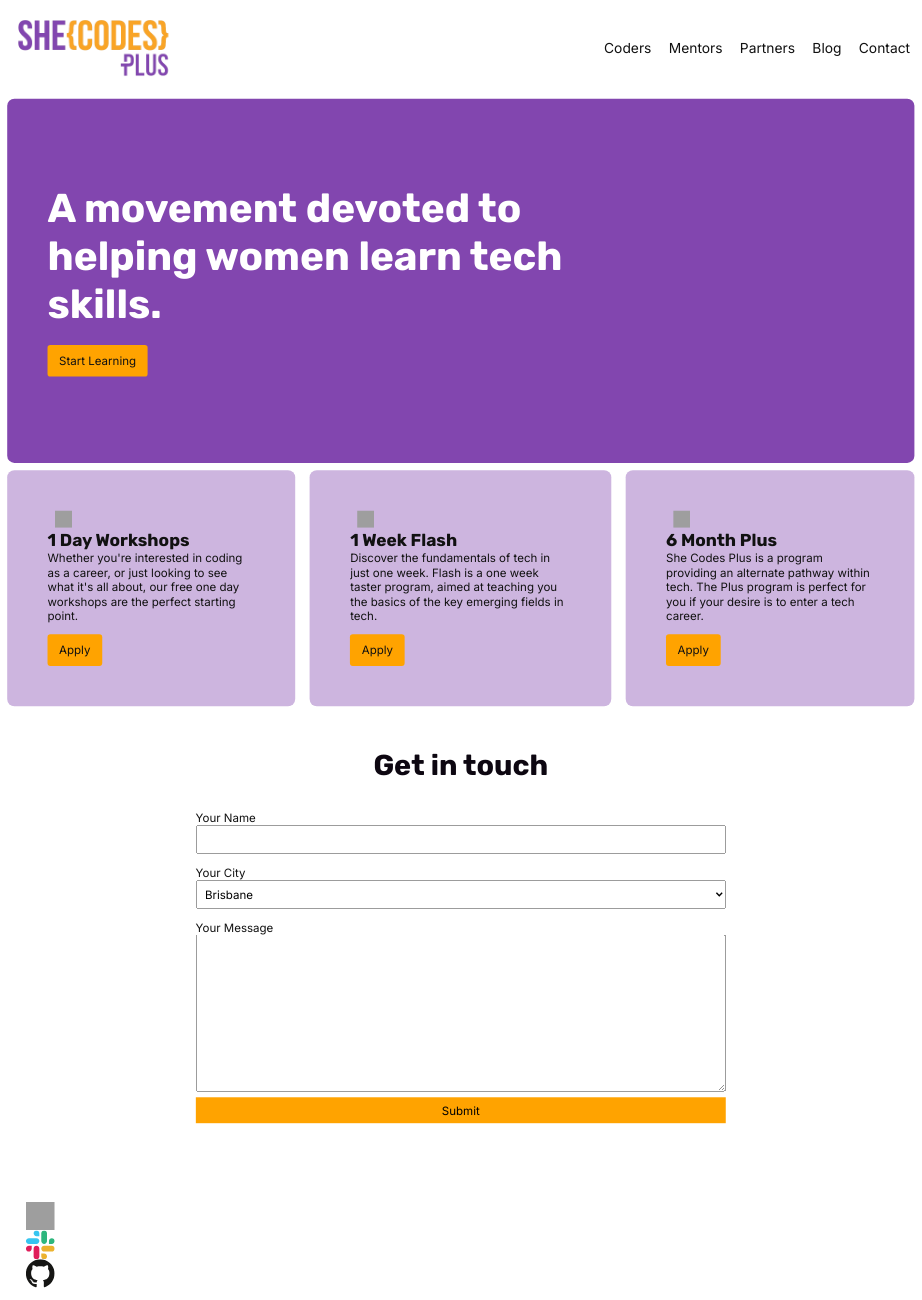
Repository: devashrisamani/website_shecodes_week1
Page: index.html
These files come from the project's save history. The page is drawn as it stood at one moment and after the next save; the edit follows.
The browser window is 1280 px wide. The pictures show the whole page, at 72% of full size.
Pictures or frames that could not be fetched are drawn as grey boxes.

Above is the page before, as saved 2025-09-20 12:09:28.

After the next save:
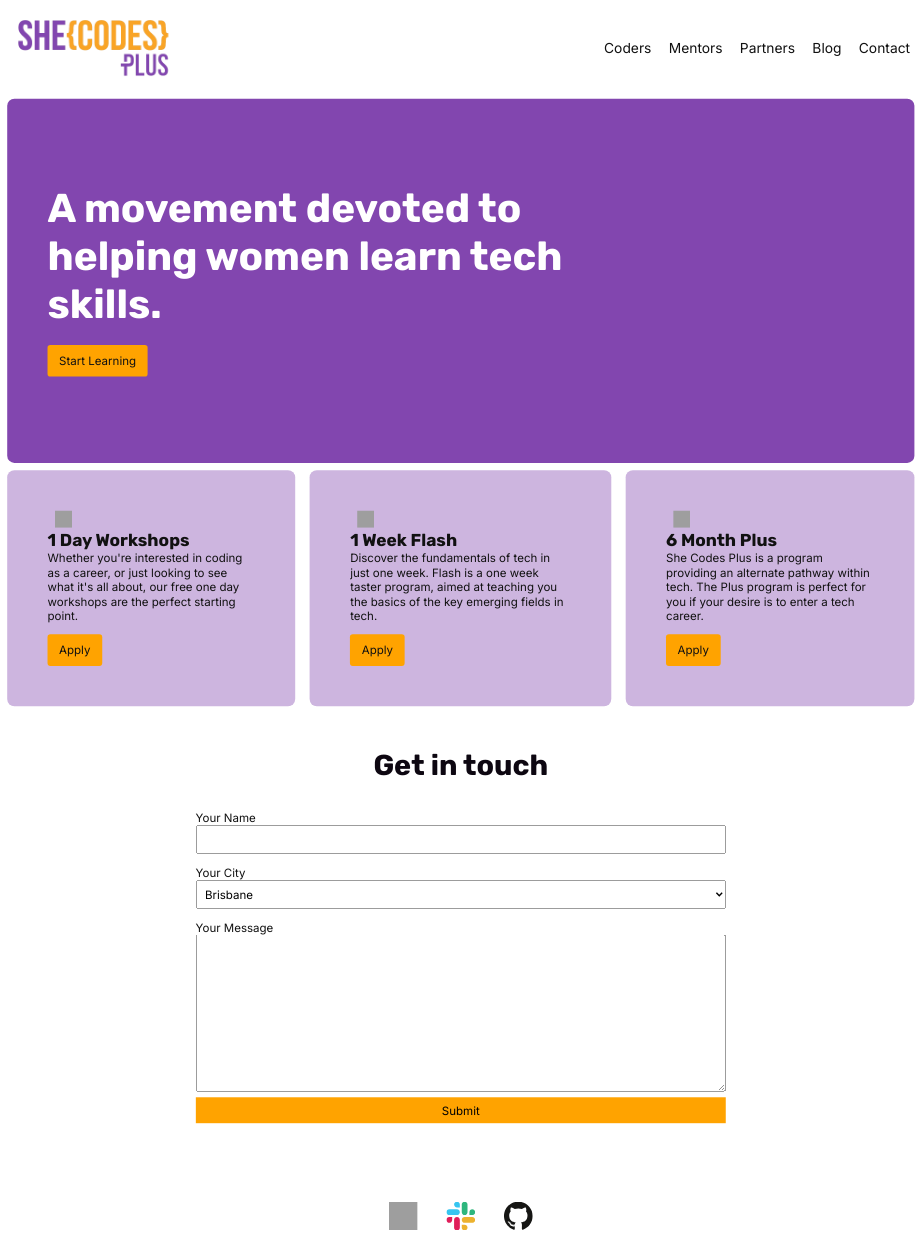
Saved 13 min 36 s later.
--- a/style.css
+++ b/style.css
@@ -282,6 +282,8 @@
   cursor: pointer;
 }
 
+/* contact form responsiveness */
+
 @media (min-width: 768px) {
   .contact-form h2 {
     text-align: center;
@@ -298,13 +300,13 @@
 footer {
   padding: 16px;
   text-align: center;
+  display: flex;
+  justify-content: space-around;
 }
 
 .socials-icon {
   width: 40px;
   height: 40px;
-  display: flex;
-  justify-content: space-around;
 }
 
 @media (min-width: 768px) {
